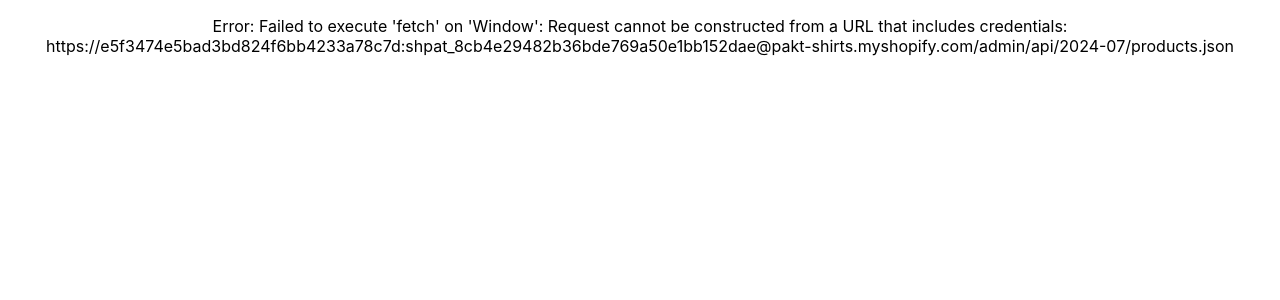
Repository: mitesh-avid-brio/Shopify-React-App
Page: /
An editor plug-in stored every save of this project. The page is shown before and after the next save, followed by the edit.
The browser window is 1280 px wide. The pictures show the whole page.
The project was rebuilt for these pictures with package versions that can differ from the ones it lists, and the page was loaded fresh each time.

Above is the page before, as saved 2024-08-12 11:04:55.

### src/App.js
import './App.css';
import Inventory from './Components/Inventory'

function App() {
  return (
    <div className="App">
      <Inventory />
    </div>
  );
}

export default App;

### src/Components/Inventory.js
import { useEffect, useState } from "react";


function Inventory () {
    const [data, setData] = useState([]);
    const [loading, setLoading] = useState(true);
    const [error, setError] = useState(null);

    useEffect(() => {
        console.log("dad",`https://${process.env.NEXT_PUBLIC_SHOPIFY_CONSUMER_KEY}:${process.env.NEXT_PUBLIC_SHOPIFY_PASSWORD_KEY}@${process.env.NEXT_PUBLIC_SHOPIFY_BASE_URL}/api/2024-07/products.json`)
        fetch(`https://e5f3474e5bad3bd824f6bb4233a78c7d:${process.env.NEXT_PUBLIC_SHOPIFY_PASSWORD_KEY}@${process.env.NEXT_PUBLIC_SHOPIFY_BASE_URL}/api/2024-07/products.json`,{
            method: "GET",
            headers:{
                "X-Shopify-Access-Token": "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",
                "content-type": "application/json",
            }
        })
            .then(response => {
              if (!response.ok) {
                throw new Error('Network response was not ok');
              }
              return response.json();
            })
            .then(data => {
                if(data){
                    setData(data.results);
                    setLoading(false);
                }
            })
            .catch(error => {
              setError(error);
              setLoading(false);
            });
    }, []);

    console.log("Products", data)

    const product_inverntory= [
        {id:"01",title:"Bike",price:'50$',variants:"Blue"},
        {id:"02",title:"Car",price:'150$',variants:"Black"},
    ]

    if (loading) return <p>Loading...</p>;
    if (error) return <p>Error: {error.message}</p>;
    return (
        <div className="main_container">
            <h2 className='heading'>Shopify Panel</h2>

                    <div className="table_data">
                        <table className="table">
                            <thead className='table_head'>
                                <tr>
                                    <th>Id</th>
                                    <th>Title</th>
                                    <th>Price</th>
                                    <th>Variants</th>
                                    {/* <th>Action</th> */}
                                </tr>
                            </thead>
                        </table>

                        <div className="tbody_container">
                            <table>
                                <tbody>
                                    {product_inverntory.map((item)=>(
                                        <tr className='body_row' key={item.id}>
                                        <td className='index' data-label="index">{item?.id}</td>
                                        <td className='details' data-label="title">{item?.title}</td>
                                        <td className='details' data-label="price">{item?.price}</td>
                                        <td className='details' data-label="variant">{item?.variants}</td>
                                        {/* <td className='details' data-label="action"> </td> */}
                                    </tr>)) }
                                </tbody>
                            </table>
                        </div>
                    </div>
        </div>
    )
}

export default Inventory;





// X-Shopify-Access-Token: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
// api key: aec14829c6068d3c7209b0fb1c99cfa1
// api secret: ec53dbafa6a84fc722a14565b63e397e
// https://pakt-shirts.myshopify.com/

Loaded but not shown: public/index.html (common file); src/index.js (common file); src/index.css (common file); src/reportWebVitals.js (common file); src/App.css (common file)

After the next save:
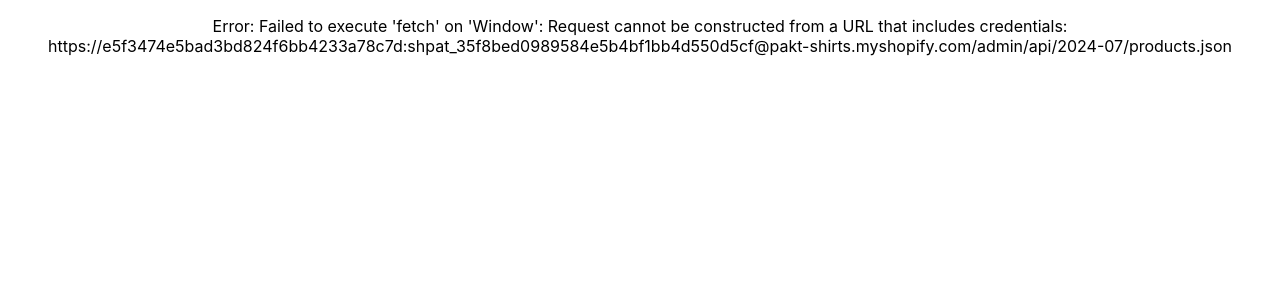
Saved 12 s later.
--- a/src/Components/Inventory.js
+++ b/src/Components/Inventory.js
@@ -8,7 +8,7 @@
 
     useEffect(() => {
         console.log("dad",`https://${process.env.NEXT_PUBLIC_SHOPIFY_CONSUMER_KEY}:${process.env.NEXT_PUBLIC_SHOPIFY_PASSWORD_KEY}@${process.env.NEXT_PUBLIC_SHOPIFY_BASE_URL}/api/2024-07/products.json`)
-        fetch(`https://e5f3474e5bad3bd824f6bb4233a78c7d:${process.env.NEXT_PUBLIC_SHOPIFY_PASSWORD_KEY}@${process.env.NEXT_PUBLIC_SHOPIFY_BASE_URL}/api/2024-07/products.json`,{
+        fetch(`https://e5f3474e5bad3bd824f6bb4233a78c7d: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@${process.env.NEXT_PUBLIC_SHOPIFY_BASE_URL}/api/2024-07/products.json`,{
             method: "GET",
             headers:{
                 "X-Shopify-Access-Token": "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",
